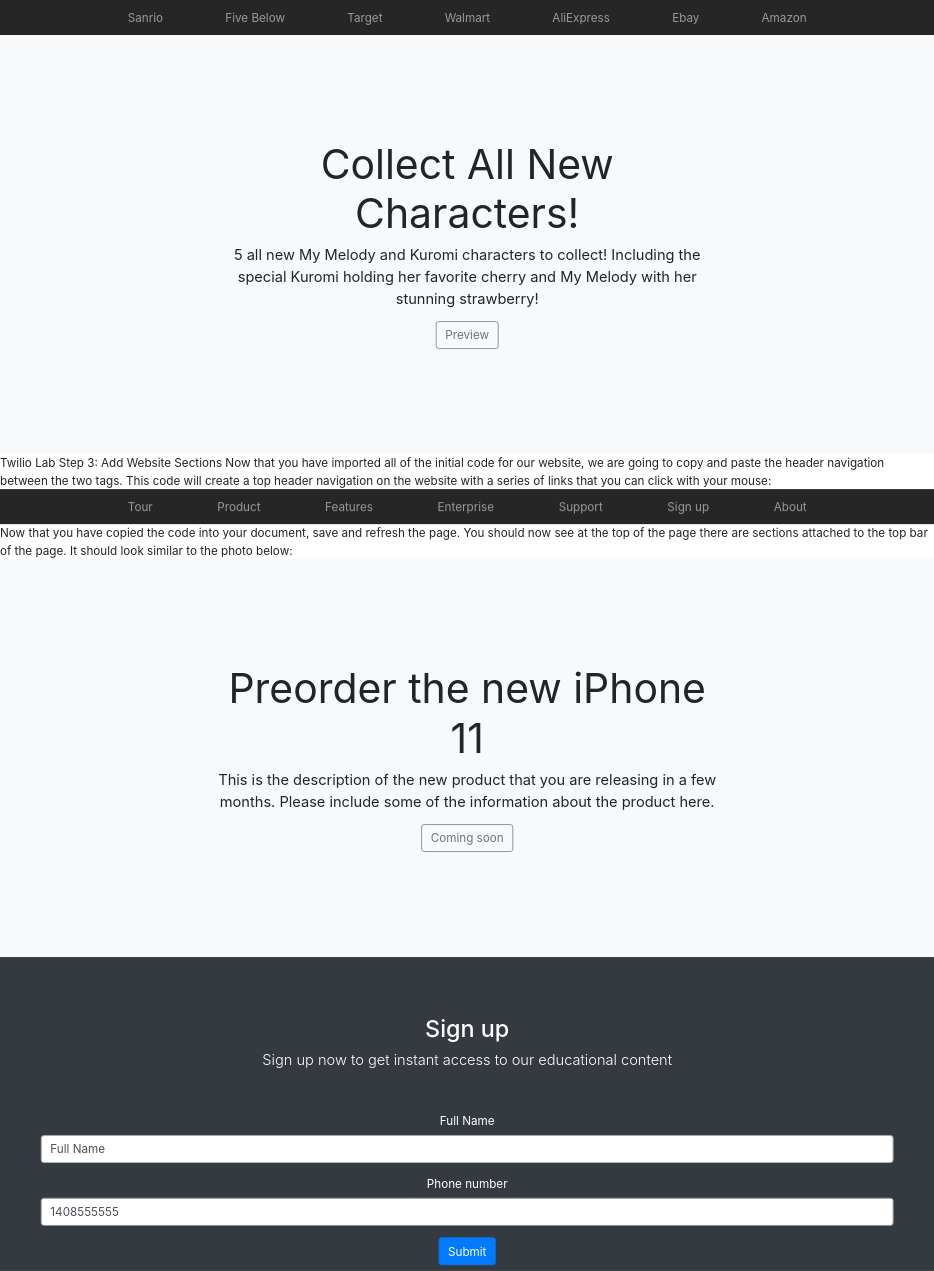
Repository: sflor132/Stephanie-Flores---Resume
Page: LearnCS8-Twilio/index.html
The author's editor kept a record of every edit. The page is drawn from the files as they stood at one moment, then again after the next edit.
The browser window is 1280 px wide. The pictures show the whole page, at 73% of full size.

Above is the page before.

### LearnCS8-Twilio/index.html
<!doctype html>
<html lang="en">
    <head>
<!-- Required meta tags -->
    <meta charset="utf-8">
    <meta name="viewport" content="width=device-width, initial-scale=1, shrink-to-fit=no">
    <meta name="description" content="New! Sanrio My Melody and Kuromi Blind Bag!">
    <meta name="author" content="862329234">

<!-- Bootstrap CSS -->
    <link rel="stylesheet" href="https://stackpath.bootstrapcdn.com/bootstrap/4.5.2/css/bootstrap.min.css" integrity="sha384-JcKb8q3iqJ61gNV9KGb8thSsNjpSL0n8PARn9HuZOnIxN0hoP+VmmDGMN5t9UJ0Z" crossorigin="anonymous">

<!-- Title of your Website -->
    <title>My Melody and Kuromi My Favorite Color Figurine Blind Bag</title>
    <link href="product.css" rel="stylesheet">
    </head>
    <body>
 <nav class="site-header sticky-top py-1">
<!-- Top Menu Bar -->
    <div class="container d-flex flex-column flex-md-row justify-content-between">
<a class="py-2 d-none d-md-inline-block" id="menu-item-1" href="https://www.sanrio.com/" target="_blank">Sanrio</a>
<a class="py-2 d-none d-md-inline-block" id="menu-item-2" href="https://www.fivebelow.com/" target="_blank">Five Below</a>
<a class="py-2 d-none d-md-inline-block" id="menu-item-3" href="https://www.target.com/?ref=tgt_adv_XS000000&AFID=google&fndsrc=tgtao&DFA=71700000012637812&CPNG=Other_Target%2BBrand%7CHoliday_Ecomm_Other&adgroup=Core+Branded+Keywords&LID=700000001170706&LNM=target&MT=e&network=g&device=c&location=9031443&targetid=kwd-19131461&gclid=CjwKCAiAlp2fBhBPEiwA2Q10D0sX5itESCcsBfUziYBOiLd9acwYX0if50r0qxtfLf_3lF_MkIZasBoClAMQAvD_BwE&gclsrc=aw.ds" target="_blank">Target</a>
<a class="py-2 d-none d-md-inline-block" id="menu-item-4" href="https://www.walmart.com/?&adid=22222222220220085369&wmlspartner=wmtlabs&wl0=e&wl1=g&wl2=c&wl3=521205638070&wl4=kwd-27665750&wl5=9031443&wl6=&wl7=&wl8=&veh=sem&gclid=CjwKCAiAlp2fBhBPEiwA2Q10D1OGuQeGEKfYCsI-Xs6Y7LBUVonzJCYbkOc5MuiOque-kUbt3iLhwxoCo7MQAvD_BwE&gclsrc=aw.ds" target="_blank">Walmart</a>
<a class="py-2 d-none d-md-inline-block" id="menu-item-5" href="https://best.aliexpress.com/?af=5bc719ad3d1c1&dp=5bc719ad3d1c1&aff_fcid=87ba963c94ab4a4a83ee74a260154144-1676171187331-09287-_AdZIyM&tt=CPS_NORMAL&aff_fsk=_AdZIyM&aff_platform=portals-promotion&sk=_AdZIyM&aff_trace_key=87ba963c94ab4a4a83ee74a260154144-1676171187331-09287-_AdZIyM&terminal_id=0928347fc537440f8bb4d05c69e2663e" target="_blank">AliExpress</a>
<a class="py-2 d-none d-md-inline-block" id="menu-item-6" href="https://www.ebay.com/">Ebay</a>
<a class="py-2 d-none d-md-inline-block" id="menu-item-7" href="https://www.amazon.com/?tag=amazusnavi-20&hvadid=381823287328&hvpos=&hvnetw=g&hvrand=10109593019199676378&hvpone=&hvptwo=&hvqmt=e&hvdev=c&hvdvcmdl=&hvlocint=&hvlocphy=9031443&hvtargid=kwd-141118230&ref=pd_sl_45vpgydmha_e&hydadcr=28883_11845442&gclid=CjwKCAiAlp2fBhBPEiwA2Q10D3d_UF0RQhgS1aEDYe2viCoxBem5WbXQs4TfQqaET11d3B3PomuZHBoCfXYQAvD_BwE" target="_blank">Amazon</a>
    </div>
</nav>
<!-- Main Header Section h1-->
<div class="position-relative overflow-hidden p-3 p-md-5 m-md-0 text-center bg-light">
    <div class="col-md-8 p-lg-5 mx-auto my-5">
<h1 class="display-4 font-weight-normal">Collect All New Characters!</h1>
<p class="lead font-weight-normal">5 all new My Melody and Kuromi characters to collect! Including the special Kuromi holding her favorite cherry and My Melody with her stunning strawberry! </p>
<a class="btn btn-outline-secondary" href="https://www.youtube.com/watch?v=onREP2cQKVI" target="_blank">Preview</a>
    </div>
</div>
Twilio Lab
Step 3: Add Website Sections
Now that you have imported all of the initial code for our website, we are going to copy and paste the header navigation between the two <body> </body> tags. This code will create a top header navigation on the website with a series of links that you can click with your mouse:

<nav class="site-header sticky-top py-1">
    <!-- Top Menu Bar -->
    <div class="container d-flex flex-column flex-md-row justify-content-between">
        <a class="py-2 d-none d-md-inline-block" id="menu-item-1" href="#">Tour</a>
        <a class="py-2 d-none d-md-inline-block" id="menu-item-2" href="#">Product</a>
        <a class="py-2 d-none d-md-inline-block" id="menu-item-3" href="#">Features</a>
        <a class="py-2 d-none d-md-inline-block" id="menu-item-4" href="#">Enterprise</a>
        <a class="py-2 d-none d-md-inline-block" id="menu-item-5" href="#">Support</a>
        <a class="py-2 d-none d-md-inline-block" id="menu-item-6" href="#">Sign up</a>
        <a class="py-2 d-none d-md-inline-block" id="menu-item-7" href="#">About</a>
    </div>
</nav>
Now that you have copied the code into your document, save and refresh the page. You should now see at the top of the page there are sections attached to the top bar of the page. It should look similar to the photo below:








<!-- Main Header Section h1-->
<div class="position-relative overflow-hidden p-3 p-md-5 m-md-0 text-center bg-light">
    <div class="col-md-8 p-lg-5 mx-auto my-5">
        <h1 class="display-4 font-weight-normal">Preorder the new iPhone 11</h1>
        <p class="lead font-weight-normal">This is the description of the new product that you are releasing in a few months. Please include some of the information about the product here.</p>
        <a class="btn btn-outline-secondary" href="#">Coming soon</a>
    </div>
</div>
<!-- Left Tile -->
<div class="d-md-flex flex-md-equal w-100">
    <div class="bg-dark pt-3 px-3 pt-md-5 px-md-5 text-center text-white overflow-hidden">
<div class="my-3 py-3">
<h2 class="display-5">Sign up</h2>
<p class="lead">Sign up now to get instant access to our educational content</p>
</div>
<!-- Web form when submitted will send a text message -->
<form class="p-2" onsubmit="sendTextMessage(); return false;">
<!-- Full Name Form Field -->
<div class="form-group">
<label for="example-first-name">Full Name</label>
<input type="text" value="Full Name" class="form-control" id="example-first-name" aria-describedby="emailHelp">
</div>
<!-- Phone Number Form Field -->
<div class="form-group">
<label for="example-tel-input">Phone number</label>
<input type="tel" class="form-control" value="1408555555" id="example-tel-input">
</div>
<!-- JavaScript that handles onSubmit logic -->
<!-- Configure the XHR request below with your own credentials -->
<script>
function sendTextMessage() {
console.log("Hello world!");
var xhr = new XMLHttpRequest();
var accountSID = "XXXXXXXXXXXXXXXX";
var authToken = "XXXXXXXXXXXXXXXX";
var base64encoded = accountSID + ":" + authToken;
var params = "To=" + document.getElementById('example-tel-input').value + "&From=" + "XXXXXXXXXX" + "&Body=" + "Hello " + document.getElementById('example-first-name').value + " nice job on sending your first SMS with APIs."
xhr.open("POST", "https://api.twilio.com/2010-04-01/Accounts/" + accountSID + "/Messages.json", true);
xhr.setRequestHeader('Content-Type', 'application/x-www-form-urlencoded');
 xhr.setRequestHeader('Authorization', 'Basic ' + btoa(base64encoded));
xhr.send(params);
}
    </script>
<!-- Submit button that will execute the sendTextMessage function -->
<button type="submit" class="btn btn-primary">Submit</button></form>
    </div>
    </body>
</html>

### LearnCS8-Twilio/product.css
.container {
  max-width: 960px;
}

/*
 * Custom translucent site header
 */

.site-header {
  background-color: rgba(0, 0, 0, .85);
  -webkit-backdrop-filter: saturate(180%) blur(20px);
  backdrop-filter: saturate(180%) blur(20px);
}
.site-header a {
  color: #999;
  transition: ease-in-out color .15s;
}
.site-header a:hover {
  color: #fff;
  text-decoration: none;
}

/*
 * Dummy devices (replace them with your own or something else entirely!)
 */

.product-device {
  position: absolute;
  right: 10%;
  bottom: -30%;
  width: 300px;
  height: 540px;
  background-color: #333;
  border-radius: 21px;
  -webkit-transform: rotate(30deg);
  transform: rotate(30deg);
}

.product-device::before {
  position: absolute;
  top: 10%;
  right: 10px;
  bottom: 10%;
  left: 10px;
  content: "";
  background-color: rgba(255, 255, 255, .1);
  border-radius: 5px;
}

.product-device-2 {
  top: -25%;
  right: auto;
  bottom: 0;
  left: 5%;
  background-color: #e5e5e5;
}


/*
 * Extra utilities
 */

.flex-equal > * {
  -ms-flex: 1;
  flex: 1;
}
@media (min-width: 768px) {
  .flex-md-equal > * {
    -ms-flex: 1;
    flex: 1;
  }
}

.overflow-hidden { overflow: hidden; }

After the next edit:
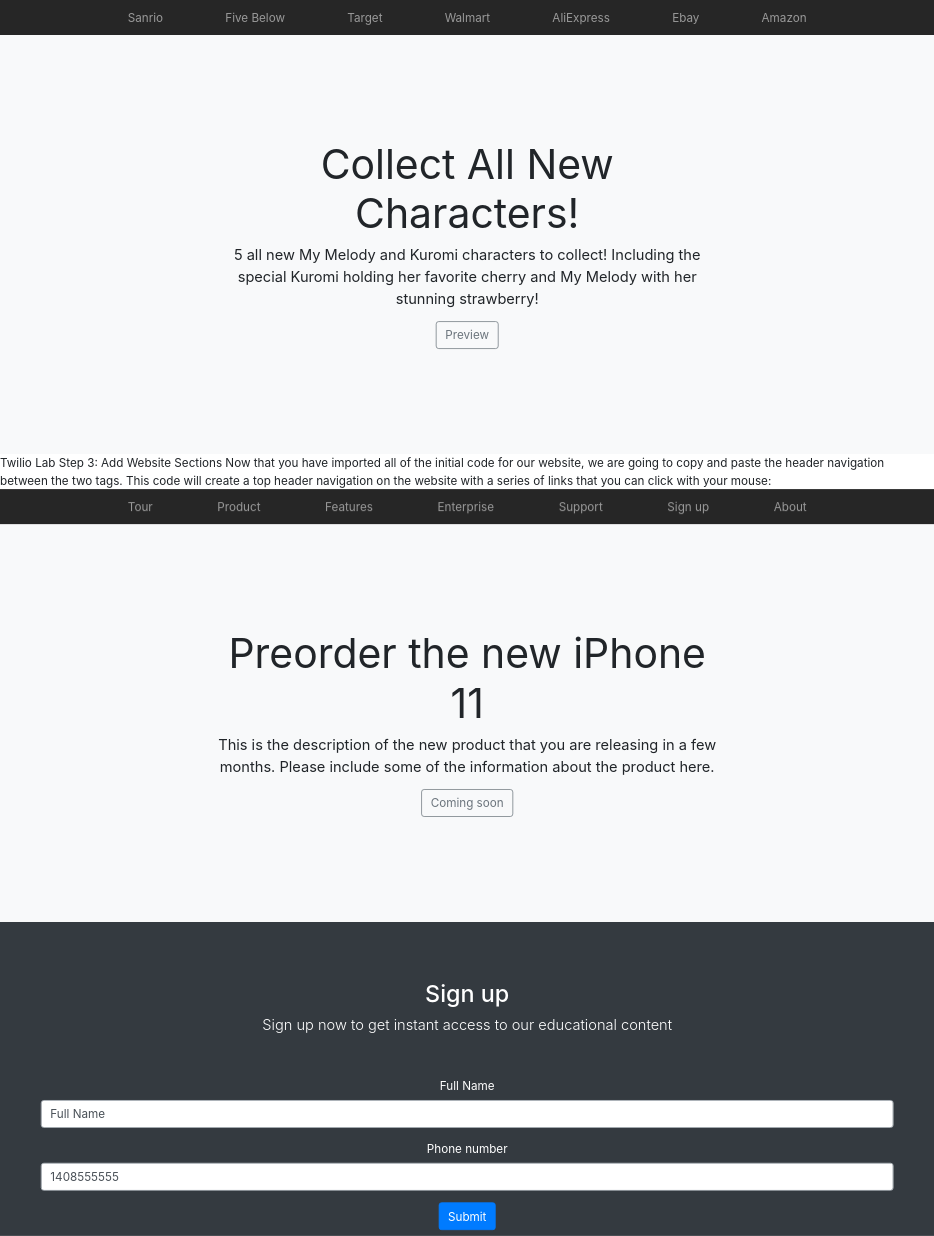
The edit:
--- a/LearnCS8-Twilio/index.html
+++ b/LearnCS8-Twilio/index.html
@@ -51,7 +51,6 @@
         <a class="py-2 d-none d-md-inline-block" id="menu-item-7" href="#">About</a>
     </div>
 </nav>
-Now that you have copied the code into your document, save and refresh the page. You should now see at the top of the page there are sections attached to the top bar of the page. It should look similar to the photo below:
 
 
 
